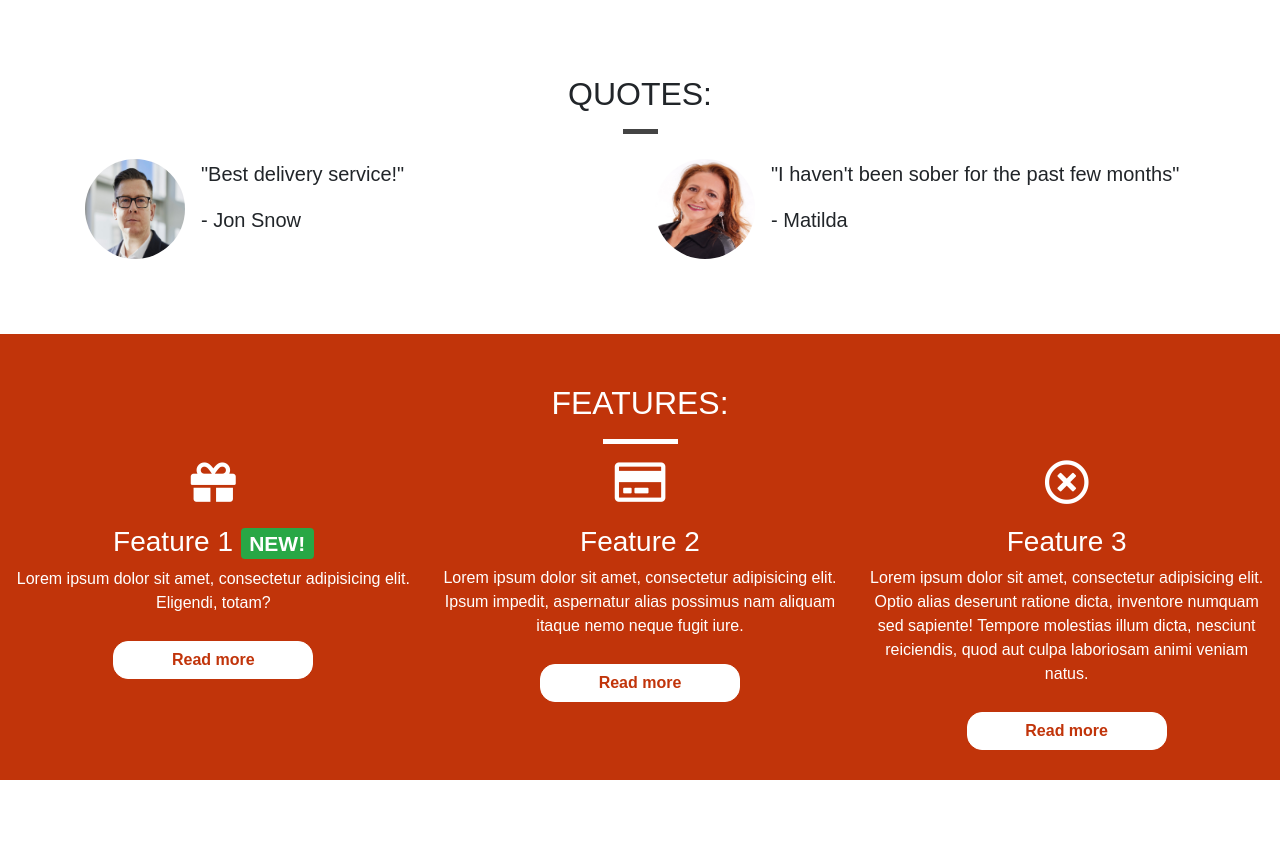
Repository: mkuti/Whiskey_website_using_Bootstrap
Page: index.html
The author's editor kept a record of every edit. The page is drawn from the files as they stood at one moment, then again after the next edit.
The browser window is 1280 px wide. The pictures show the part of the page from y = 720 to 1575 px (the page is 1575 px tall).
Backgrounds fixed to the window are drawn as part of the page. Some web fonts or font styles are not loaded; a fallback is used. Some web libraries are served in a nearby version.

Above is the page before.

### index.html
<!DOCTYPE html>
<html lang="en">

<head>
    <meta charset="UTF-8">
    <meta name="viewport" content="width=device-width, initial-scale=1.0">
    <title>Whiskey Drop | Taste a new whiskey every month</title>
    <link rel="stylesheet" href="https://maxcdn.bootstrapcdn.com/bootstrap/4.1.3/css/bootstrap.min.css">
    <link rel="stylesheet" href="https://use.fontawesome.com/releases/v5.6.1/css/all.css" integrity="sha384-gfdkjb5BdAXd+lj+gudLWI+BXq4IuLW5IT+brZEZsLFm++aCMlF1V92rMkPaX4PP" crossorigin="anonymous">

    <link href="https://fonts.googleapis.com/css?family=B612+Mono&display=swap" rel="stylesheet">
    <link rel="stylesheet" href="css/style.css" type="text/css" />
</head>

<body>

    <div class="container-fluid navalert-container">
        <!--alert sale-->
        <div class="container-fluid alert-container">
            <div class="row d-none d-sm-block">
                <div class="col-12">
                    <div class="site-wide-alert alert alert-warning">
                        <strong>Sale Now On!</strong> We've got a sale on. Get a 12-month subscription for the price of 6! <a href="">See here for details!</a>
                    </div>
                </div>
            </div>
        </div>
        <!-- nav -->
        <nav class="navbar navbar-dark navbar-expand-sm">
            <a href="/" class="navbar-brand">Whiskey Drop</a>
            <!-- button for smaller screens -->
            <button class="navbar-toggler ml-auto" type="button" data-toggle="collapse" data-target="#navbarNavDropdown" aria-controls="navbarNavDropdown" aria-expanded="false" aria-label="Toggle navigation">
            <span class="navbar-toggler-icon"></span></button>
            <!-- end button -->

            <!-- menu -->
            <div class="collapse navbar-collapse" id="navbarNavDropdown">
                <ul class="navbar-nav mr-auto">
                    <li class="active nav-item mr-2"><a class="nav-link" href="/">Home</a></li>
                    <li class="nav-item mr-2"><a class="nav-link" href="">About</a></li>
                    <li class="nav-item dropdown">
                        <a class="nav-link dropdown-toggle" href="#" id="navbarNavDropdownMenuLink" role="button" data-toggle="dropdown" aria-haspopup="true" aria-expanded="false">Whiskeys</a>
                        <div class="dropdown-menu" aria-labelledby="navbarNavDropdownMenuLink">
                            <a class="dropdown-item" href="#">Irish</a>
                            <a class="dropdown-item" href="#">Scottish</a>
                            <a class="dropdown-item" href="#">Japanese</a>
                            <a class="dropdown-item" href="#">American</a>
                        </div>
                    </li>
                    <li class="nav-item mr-2 d-block d-sm-none"><a class="nav-link" href="">Sign In / Sign Up</a></li>
                </ul>
            </div>
            <!-- .menu -->
            <!--sign up-->
            <div class="d-none d-md-block">
                <p class="navbar-text my-auto mr-2"><i>Great whiskey delivered to your door</i></p>
                <a href="/login" class="btn btn--cta btn--red">Sign In / Sign Up</a>
            </div>
            <!--</div>-->
        </nav>
    </div>
    <!--end nav-->

    <!-- call out section -->
    <div class="container-fluid callout-container">
        <div class="opaque-overlay">&nbsp;</div>
        <div class="row">
            <div class="col-12">
                <section class="callout jumbotron text-center">
                    <h1 class="jumbotron-header">The finest whiskeys delivered to your doorstep.</h1>
                    <hr class="block-divider block-divider--orange">
                    <p class="lead">Sign up today to start receiving the world's best whiskeys every month. <s class="d-none d-sm-inline">€19.99</s>
                        <span class="d-inline d-sm-none"><br></span>
                        <strong><mark>The first one is free!</mark></strong></p>
                    <button class="btn btn--cta btn--red" data-toggle="modal" data-target="#signUpModal">Sign up!</button>
                    <p class="text-muted"><small>You must be over 18 to use our services. Please drink responsibly.</small></p>
                </section>
            </div>
        </div>
    </div>
    <!--end call out-->
    <!-- Quotes -->
    <div class="container quotes-container content-container">
        <section class="quotes">
            <div class="col-12 page-header">
                <h2 class="text-uppercase">Quotes:</h2>
                <hr class="block-divider block-divider--short">
            </div>
            <div class="row">
                <div class="col-12 col-md-6">
                    <div class="media">
                        <div class="d-none d-sm-block">
                            <img src="Images/old-man.jpg" class="rounded-circle mr-3" height=100 width=100>
                        </div>
                        <div class="media-body">
                            <blockquote class="blockquote">
                                <p>"Best delivery service!"</p>
                                <p>- Jon Snow</p>
                            </blockquote>
                        </div>
                    </div>
                </div>
                <div class="col-12 col-md-6">
                    <div class="media">
                        <div class="d-none d-sm-block">
                            <img src="Images/old-woman.jpg" class="rounded-circle mr-3" height=100 width=100>
                        </div>
                        <div class="media-body">
                            <blockquote class="blockquote">
                                <p>"I haven't been sober for the past few months"</p>
                                <p>- Matilda</p>
                            </blockquote>
                        </div>
                    </div>
                </div>
            </div>
        </section>
    </div>
    <!--end quotes-->

    <!-- Features -->
    <div class="container-wrapper container-wrapper--red">
        <div class="container-fluid features-container content-container">
            <section class="features">
                <div class="row">
                    <div class="col-12 page-header">
                        <h2 class="text-uppercase">Features:</h2>
                        <hr class="block-divider block-divider--white">
                    </div>
                </div>
                <div class="row">
                    <div class="col-12 col-md-6 col-lg-4">
                        <div class="feature">
                            <h3><i class="fas fa-gift d-none d-sm-block"></i>Feature 1 <span class="badge badge-success">NEW!</span></h3>
                            <p>Lorem ipsum dolor sit amet, consectetur adipisicing elit. Eligendi, totam?</p>
                            <p><a class="btn btn--cta btn--white" href="">Read more</a></p>
                        </div>
                    </div>

                    <div class="col-12 col-md-6 col-lg-4">
                        <div class=feature>
                            <h3><i class="far fa-credit-card d-none d-sm-block"></i>Feature 2</h3>
                            <p>Lorem ipsum dolor sit amet, consectetur adipisicing elit. Ipsum impedit, aspernatur alias possimus nam aliquam itaque nemo neque fugit iure.</p>
                            <p><a class="btn btn--cta btn--white" href="">Read more</a></p>
                        </div>
                    </div>

                    <div class="col-12 d-md-none d-lg-block col-lg-4">
                        <div class="feature">
                            <h3><i class="far fa-times-circle d-none d-sm-block"></i>Feature 3</h3>
                            <p>Lorem ipsum dolor sit amet, consectetur adipisicing elit. Optio alias deserunt ratione dicta, inventore numquam sed sapiente! Tempore molestias illum dicta, nesciunt reiciendis, quod aut culpa laboriosam animi veniam natus.</p>
                            <p><a class="btn btn--cta btn--white" href="">Read more</a></p>
                        </div>
                    </div>
                </div>
            </section>
            <!--end features-->
        </div>
    </div>


    <div class="modal" tabindex="-1" role="dialog" id="signUpModal">
        <div class="modal-dialog" role="document">
            <div class="modal-content">
                <div class="modal-header">
                    <h5 class="modal-title">Sign Up to Whiskey Drop</h5>
                    <button type="button" class="close" data-dismiss="modal" aria-label="Close">
          <span aria-hidden="true">&times;</span>
        </button>
                </div>
                <div class="modal-body">
                    <form>
                        <div class="form-group">
                            <label for="exampleInputEmail1">Email address</label>
                            <input type="email" class="form-control" id="exampleInputEmail1" aria-describedby="emailHelp" placeholder="Enter email">
                            <small id="emailHelp" class="form-text text-muted">We'll never share your email with anyone else.</small>
                        </div>
                        <div class="form-group">
                            <label for="password">Password</label>
                            <input type="password" class="form-control" id="password" placeholder="Password">
                        </div>
                        <div class="form-group">
                            <label for="repeatPassword">Repeat Password</label>
                            <input type="password" class="form-control" id="repeatPassword" placeholder="Repeat Password">
                        </div>
                        <button type="submit" class="btn btn-success">Submit</button>
                    </form>
                </div>
            </div>
        </div>
    </div>

    <script src="https://code.jquery.com/jquery-3.3.1.slim.min.js" integrity="sha384-q8i/X+965DzO0rT7abK41JStQIAqVgRVzpbzo5smXKp4YfRvH+8abtTE1Pi6jizo" crossorigin="anonymous"></script>
    <script src="https://cdnjs.cloudflare.com/ajax/libs/popper.js/1.14.3/umd/popper.min.js" integrity="sha384-ZMP7rVo3mIykV+2+9J3UJ46jBk0WLaUAdn689aCwoqbBJiSnjAK/l8WvCWPIPm49" crossorigin="anonymous"></script>
    <script src="https://stackpath.bootstrapcdn.com/bootstrap/4.1.3/js/bootstrap.min.js" integrity="sha384-ChfqqxuZUCnJSK3+MXmPNIyE6ZbWh2IMqE241rYiqJxyMiZ6OW/JmZQ5stwEULTy" crossorigin="anonymous"></script>

</body>

</html>

### css/style.css
body {
    font-family: 'Poppins', sans-serif;
}

.alert-container .col-12 {
    padding-left: 0;
    padding-right: 0;
    }

.site-wide-alert {
    border-radius: 0;
    margin-bottom: 0;
    padding: 5px 15px;
    background-color:#ffd85d;
    border-color: #ffd85d;
}

.callout-container {
    height: 100vh;
    background: url(../Images/whiskey.jpg) no-repeat bottom right fixed;
    -webkit-background-size: cover;
    -moz-background-size: cover;
    -o-background-size: cover;
    background-size: cover;

    display: flex;
    align-items: center;
    justify-content: center;
    position: relative;
    }

/*opaque overlay for the background image*/

.opaque-overlay {
  position: absolute;
  top: 0;
  left: 0;
  height: 100%;
  width: 100%;
  background: rgba(0, 0, 0, 0.5);
}

/*navbar*/

.navbar {
    margin-bottom: 0;
    border: 0;
    width: 100%;
    background-color: rgba(0, 0, 0, 0.25);
    }

.navalert-container {
    position: absolute;
    top: 0;
    left: 0;
    padding-left: 0;
    padding:right; 0;
    z-index: 1;
}

.navbar .navbar-toggler {
    border: 0;
}

.navbar-brand {
    font-weight: bold;
    }

.navbar .navbar-nav a {
    font-weight: bold;
}

/*page headers*/

.page-header {
    margin-bottom: 0;
    border-bottom: 0;
    text-align: center;
}

.page-header h2 {
    margin-top: 0;
}

.quotes .page-header {
    margin-bottom: 25px;
}

   /*containers*/

.content-container {
    margin-top: 75px;
    margin-bottom: 75px;
    }

.container.wrapper {

}

.container-wrapper--red {
    background-color: #c1340a;
    color: white;
    }

.quotes-container {}

.features-container {
    padding-top: 50px;
    }


/*block dividers*/

.block-divider {
    width: 75px;
    height: 5px;
    border: 0;
    }

.block-divider--orange {
    background-color: #c1340a;
}

.block-divider--white {
    background-color: #fff;
}

.block-divider--short {
    width: 35px;
    background-color: #444;
}

/*jumbotron*/

.jumbotron {
    background-color: transparent;
}

.jumbotron-header {
    color: #fff;
    font-weight: bold;
    margin-top: 30px;
}

.jumbotron .lead {
    font-size: 1.25rem;
    font-weight: 300;
    margin: 25px 0;
    color: #949494;
}

.jumbotron small {
    font-size: 60%;
    font-style: italic;
    color: #e6e6e6;
}

/* buttons */

.btn--cta {
    font-weight:bold;
    border-radius:23px;
    width: 200px;
    }

.btn--red {
    color: white;
    border-color: #c1340a;
    background-color: #c1340a;
}

.btn--white {
    background-color: white;
    border-color: white;
    border-radius: 15px;
    color: #c1340a;
    min-width: 100px;
    margin-top: 10px;
}

.btn--red:hover,
.btn--red:active,
.btn--red:focus,
.btn--red:active:focus {
    border-color: #942909;
    background-color: #962605;
    color: white;
}

.btn--white:hover,
.btn--white:active,
.btn--white:focus,
.btn--white:active:focus {
    border-color: white;
    background-color: white;
    color: #000;
}

.badge--yellow {
    color: #c1340a;
    background-color: #ffd85d;
    border-radius: 5px;
}

.feature {
    text-align: center;
    margin-bottom: 30px;
    }

.feature i {
    margin-bottom: 20px;
    font-size: 45px;
    line-height: 45px;
}

.col-lg-4 {

After the next edit:
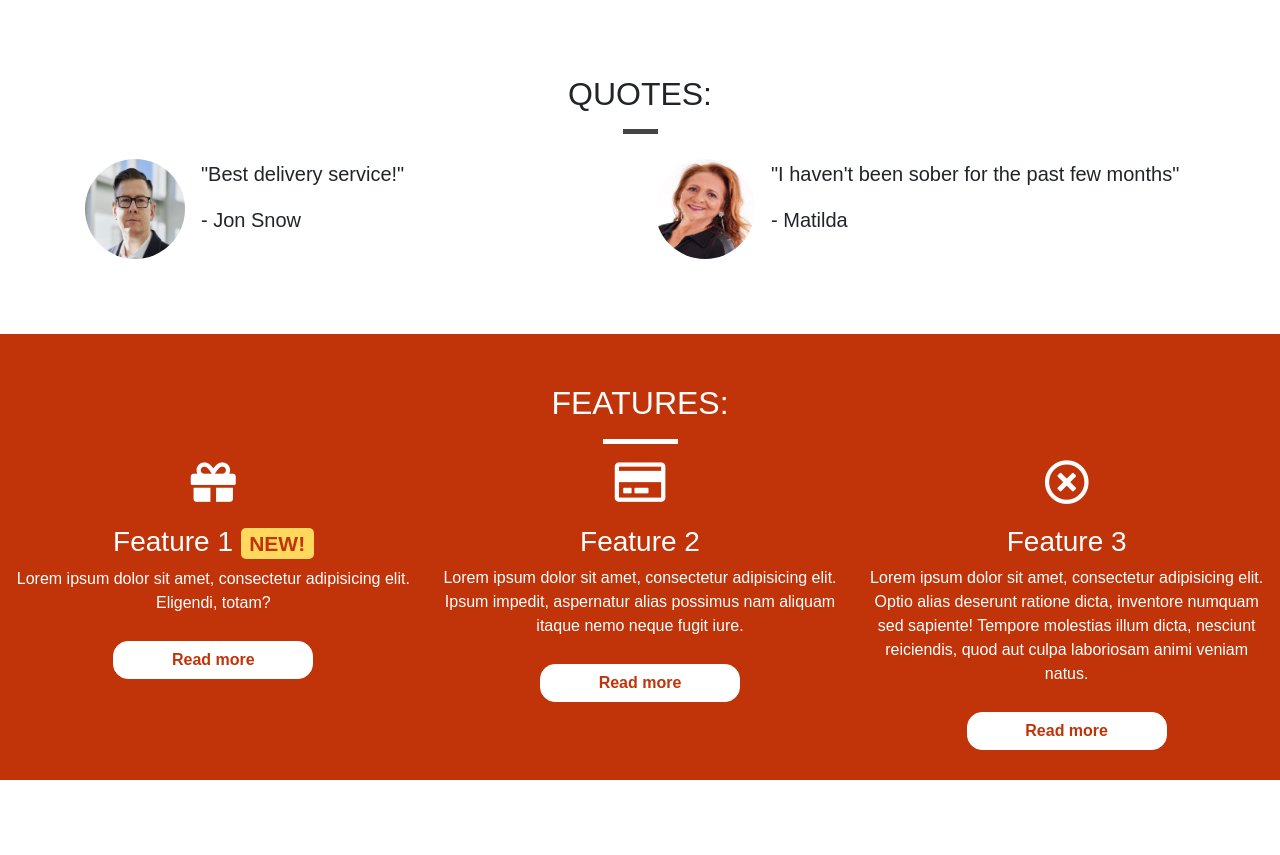
The edit:
--- a/index.html
+++ b/index.html
@@ -131,7 +131,7 @@
                 <div class="row">
                     <div class="col-12 col-md-6 col-lg-4">
                         <div class="feature">
-                            <h3><i class="fas fa-gift d-none d-sm-block"></i>Feature 1 <span class="badge badge-success">NEW!</span></h3>
+                            <h3><i class="fas fa-gift d-none d-sm-block"></i>Feature 1 <span class="badge badge--yellow">NEW!</span></h3>
                             <p>Lorem ipsum dolor sit amet, consectetur adipisicing elit. Eligendi, totam?</p>
                             <p><a class="btn btn--cta btn--white" href="">Read more</a></p>
                         </div>
